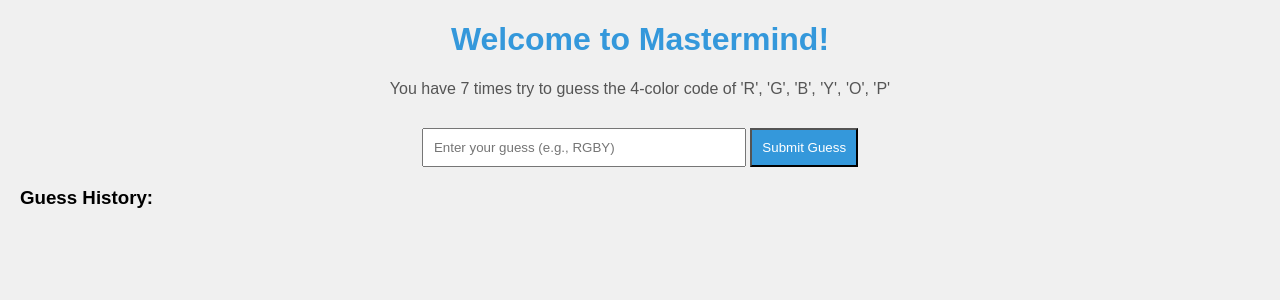
Repository: cheasopheaknita/Mastermind_Game
Page: http://localhost/
The author's editor kept a copy of each file at every save. The page is drawn from the files as they stood at one save, then again after the next save.
The browser window is 1280 px wide. The pictures show the whole page.
The page is served by the project's application, run on Flask 3 (mastermind_project/app.py).

Above is the page before, as saved 2024-02-06 02:05:10.

### mastermind_project/templates/mastermind_game.html
<!-- mastermind_game.html -->
<!DOCTYPE html>
<html lang="en">
<head>
    <meta charset="UTF-8">
    <meta name="viewport" content="width=device-width, initial-scale=1.0">
    <title>Mastermind Game</title>
    <style>
        body {
            font-family: 'Arial', sans-serif;
            background-color: #f0f0f0;
            text-align: center;
            margin: 20px;
        }

        h1 {
            color: #3498db;
        }

        p {
            color: #555;
        }

        #result {
            margin-top: 20px;
            font-weight: bold;
            color: #27ae60;
        }

        #userGuess {
            padding: 10px;
            margin-top: 10px;
            width: 300px; /* Adjust the width as needed */
        }

        button {
            padding: 10px;
            background-color: #3498db;
            color: #fff;
            cursor: pointer;
        }

        #history {
            margin-top: 20px;
            text-align: left;
        }

        #guessHistory li {
            margin-bottom: 5px;
            padding: 8px;
            border-radius: 5px;
        }

        .correct {
            background-color: #2ecc71; /* Green for correct guesses */
            color: #fff;
        }

        .incorrect {
            background-color: #e74c3c; /* Red for incorrect guesses */
            color: #fff;
        }

        #gameOverMessage {
            margin-top: 20px;
            font-weight: bold;
            color: #e74c3c;
        }
    </style>
</head>
<body>
    <h1>Welcome to Mastermind!</h1>
    <p>You have 7 times try to guess the 4-color code of 'R', 'G', 'B', 'Y', 'O', 'P'</p>

    <div id="result"></div>

    <input type="text" id="userGuess" placeholder="Enter your guess (e.g., RGBY)" size="30">
    <button onclick="submitGuess()" id="guessButton">Submit Guess</button>

    <div id="history">
        <h3>Guess History:</h3>
        <ul id="guessHistory"></ul>
    </div>

    <div id="gameOverMessage"></div>

    <button onclick="restartGame()" id="restartButton" style="display: none;">Play Again</button>

    <script>
        var remainingGuesses = 7;

        function submitGuess() {
            if (remainingGuesses > 0) {
                // Your existing code for submitting a guess

                if (remainingGuesses === 0) {
                    disableGuessInput();
                    displayGameOverMessage();
                    showRestartButton();
                }
            }
        }

        function restartGame() {
            // Reset the game state
            remainingGuesses = 7;
            document.getElementById("userGuess").value = "";
            document.getElementById("result").innerText = "";
            document.getElementById("guessHistory").innerHTML = "";
            document.getElementById("gameOverMessage").innerText = "";
            hideRestartButton();

            // Your existing code to enable input and submit button
        }

        function showRestartButton() {
            document.getElementById("restartButton").style.display = "block";
        }

        function hideRestartButton() {
            document.getElementById("restartButton").style.display = "none";
        }
    </script>
</body>
</html>

### mastermind_project/app.py
# app.py
from flask import Flask, render_template, request, jsonify
import random

app = Flask(__name__)

def generate_secret_code():
    colors = ['R', 'G', 'B', 'Y', 'O', 'P']
    return [random.choice(colors) for _ in range(4)]

def evaluate_guess(secret_code, guess):
    correct_color_and_position = sum(s == g for s, g in zip(secret_code, guess))
    correct_color_only = sum(min(secret_code.count(c), guess.count(c)) for c in set(secret_code)) - correct_color_and_position
    return correct_color_and_position, correct_color_only

secret_code = generate_secret_code()
remaining_attempts = 7

@app.route('/')
def index():
    return render_template('mastermind_game.html', secret_code=secret_code)

@app.route('/submit_guess', methods=['POST'])
def submit_guess():
    global remaining_attempts

    if remaining_attempts == 0:
        return jsonify({'error': "Game Over! You've used all 7 attempts."})

    user_guess = request.json.get('guess')

    # Validate the guess here if needed
    if len(user_guess) != 4 or not all(color in 'RGBYOP' for color in user_guess):
        return jsonify({'error': 'Invalid input. Please enter a 4-color code using the letters R, G, B, Y, O, P.'})

    correct_color_and_position, correct_color_only = evaluate_guess(secret_code, user_guess)

    if correct_color_and_position == 4:
        result_message = f"Congratulations! You've guessed the code {secret_code}."
    else:
        result_message = f"Correct color and position: {correct_color_and_position}, Correct color only: {correct_color_only}."

    remaining_attempts -= 1

    if remaining_attempts == 0:
        result_message = "Game Over! You've used all 7 attempts."

    return jsonify({'result': result_message, 'remaining_attempts': remaining_attempts})

if __name__ == '__main__':
    app.run(debug=True)

After the next save:
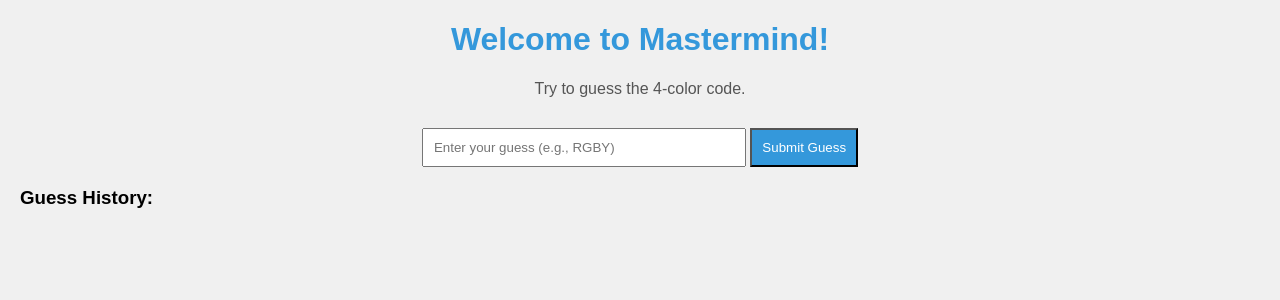
Saved 86 s later.
--- a/mastermind_project/templates/mastermind_game.html
+++ b/mastermind_project/templates/mastermind_game.html
@@ -70,7 +70,7 @@
 </head>
 <body>
     <h1>Welcome to Mastermind!</h1>
-    <p>You have 7 times try to guess the 4-color code of 'R', 'G', 'B', 'Y', 'O', 'P'</p>
+    <p>Try to guess the 4-color code.</p>
 
     <div id="result"></div>
 
@@ -84,41 +84,62 @@
 
     <div id="gameOverMessage"></div>
 
-    <button onclick="restartGame()" id="restartButton" style="display: none;">Play Again</button>
-
     <script>
         var remainingGuesses = 7;
 
         function submitGuess() {
             if (remainingGuesses > 0) {
-                // Your existing code for submitting a guess
+                var userGuess = document.getElementById("userGuess").value;
 
-                if (remainingGuesses === 0) {
-                    disableGuessInput();
-                    displayGameOverMessage();
-                    showRestartButton();
-                }
+                fetch('/submit_guess', {
+                    method: 'POST',
+                    headers: {
+                        'Content-Type': 'application/json',
+                    },
+                    body: JSON.stringify({ guess: userGuess }),
+                })
+                .then(response => response.json())
+                .then(data => {
+                    // Handle the response from Flask
+                    document.getElementById("result").innerText = data.result || data.error;
+                    updateGuessHistory(userGuess, data.result || data.error);
+
+                    remainingGuesses--;
+                    updateRemainingGuesses();
+
+                    if (remainingGuesses === 0) {
+                        disableGuessInput();
+                        displayGameOverMessage();
+                    }
+                })
+                .catch(error => {
+                    console.error('Error:', error);
+                });
             }
         }
 
-        function restartGame() {
-            // Reset the game state
-            remainingGuesses = 7;
-            document.getElementById("userGuess").value = "";
-            document.getElementById("result").innerText = "";
-            document.getElementById("guessHistory").innerHTML = "";
-            document.getElementById("gameOverMessage").innerText = "";
-            hideRestartButton();
+        function updateGuessHistory(guess, result) {
+            var historyList = document.getElementById("guessHistory");
+            var listItem = document.createElement("li");
+            listItem.appendChild(document.createTextNode(`Guess: ${guess} - Result: ${result}`));
 
-            // Your existing code to enable input and submit button
+            // Add a class based on the result for styling
+            listItem.classList.add(result === '4 correct color and position' ? 'correct' : 'incorrect');
+
+            historyList.appendChild(listItem);
         }
 
-        function showRestartButton() {
-            document.getElementById("restartButton").style.display = "block";
+        function updateRemainingGuesses() {
+            document.getElementById("remainingGuesses").innerText = `Remaining Guesses: ${remainingGuesses}`;
         }
 
-        function hideRestartButton() {
-            document.getElementById("restartButton").style.display = "none";
+        function disableGuessInput() {
+            document.getElementById("userGuess").disabled = true;
+            document.getElementById("guessButton").disabled = true;
+        }
+
+        function displayGameOverMessage() {
+            document.getElementById("gameOverMessage").innerText = "Game Over! You've used all 7 attempts.";
         }
     </script>
 </body>
